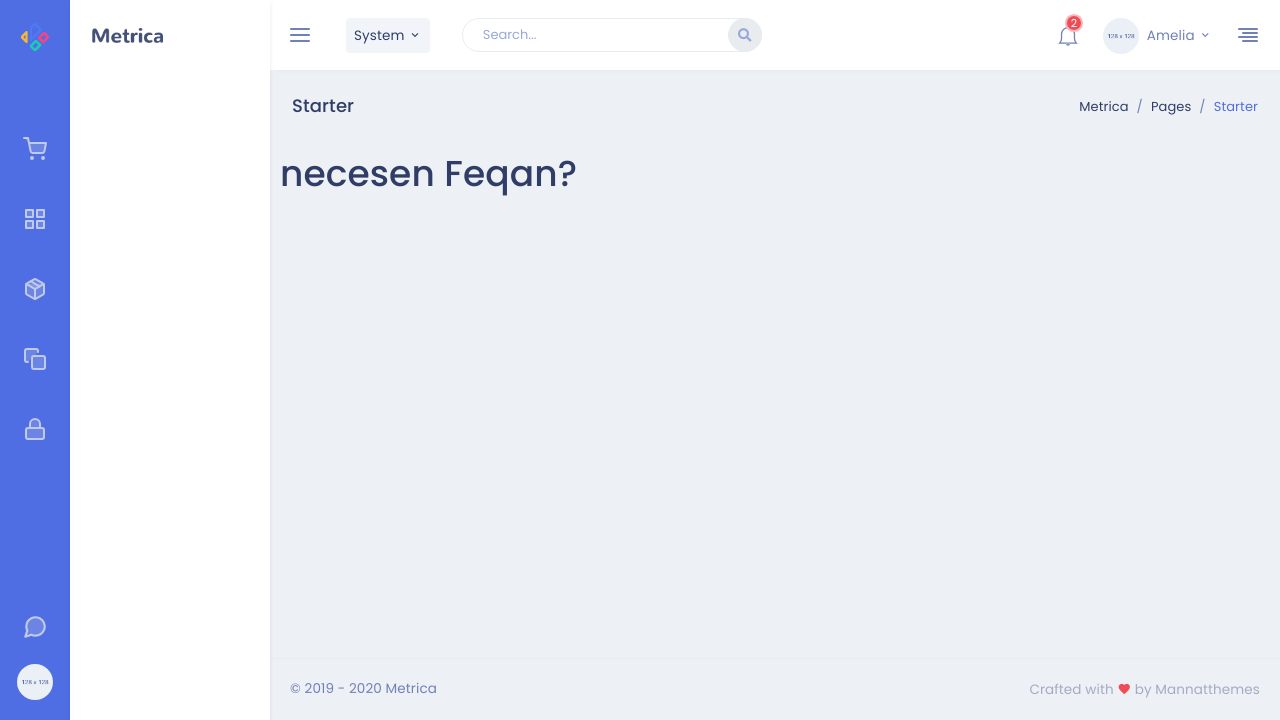
Repository: elvinyeka/Smart-Mobile
Page: http://localhost/admin
The author's editor kept a copy of each file at every save. The page is drawn from the files as they stood at one save, then again after the next save.
The browser window is 1280 px wide. The pictures show the whole page.
The page is served by the project's application, run on Flask 3 (Smart/__init__.py).

Above is the page before, as saved 2020-11-20 11:33:39.

After the next save:
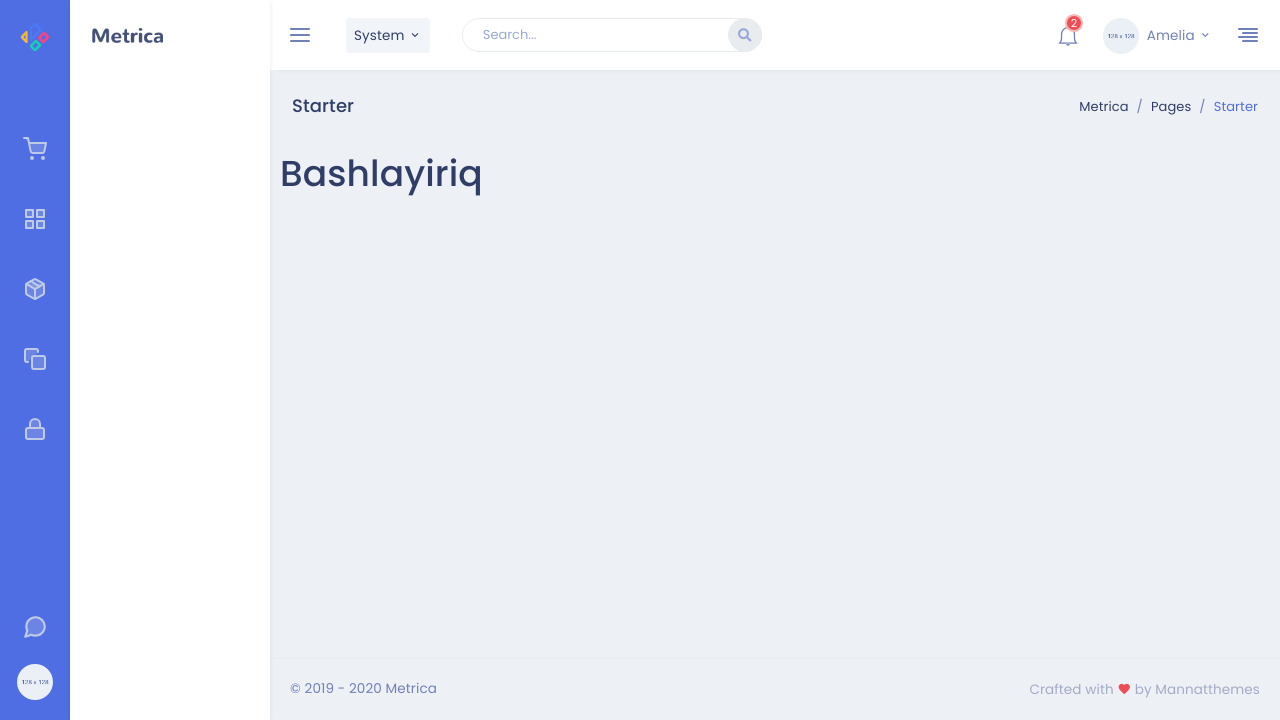
Saved 28 s later.
--- a/Smart/templates/admin/index.html
+++ b/Smart/templates/admin/index.html
@@ -1,6 +1,6 @@
 {% extends 'admin/layout.html' %}
 
 {% block content %}
-    <h1>necesen Feqan?</h1>
+    <h1>Bashlayiriq</h1>
 
 {% endblock content %}
